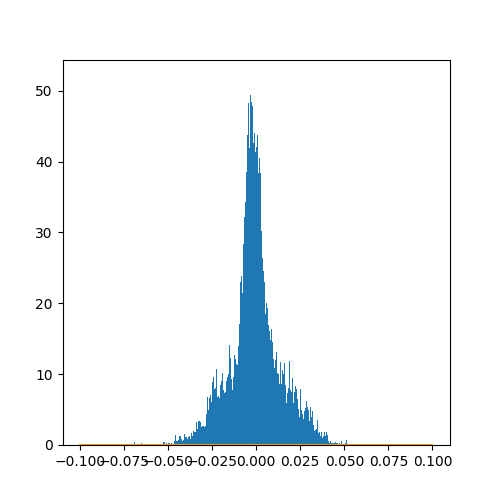
Repository: nishimuraHikar/PythonShowGraph
Script's output: python main.py
The author's editor kept a copy of each file at every save. The script's output is drawn from the files as they stood at one save, then again after the next save.
Random numbers start from a fixed seed.

Above is the script's output before, as saved 2022-03-03 02:14:26.

After the next save:
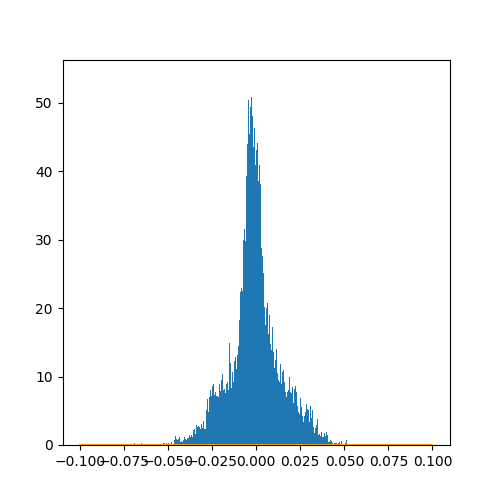
Saved 4 s later.
--- a/main.py
+++ b/main.py
@@ -13,4 +13,4 @@ predictdatay = graph.ReadColumn(datafile, 4)
 # graph.graph_1data(timedata, rawdata, "Raw Data")
 # graph.graph_2data(timedata, rawdata, predictdata, "Raw Data", "Predict Data")
 # graph.multiplot_2and1(timedata, forcedatax, predictdatax, forcedatay,predictdatay, "Actual X", "Predict X", "Actual Y", "Predict Y")
-graph.histgram(forcedatax-predictdatax, 800, 10)
+graph.histgram(forcedatax-predictdatax, 1000, 10)
